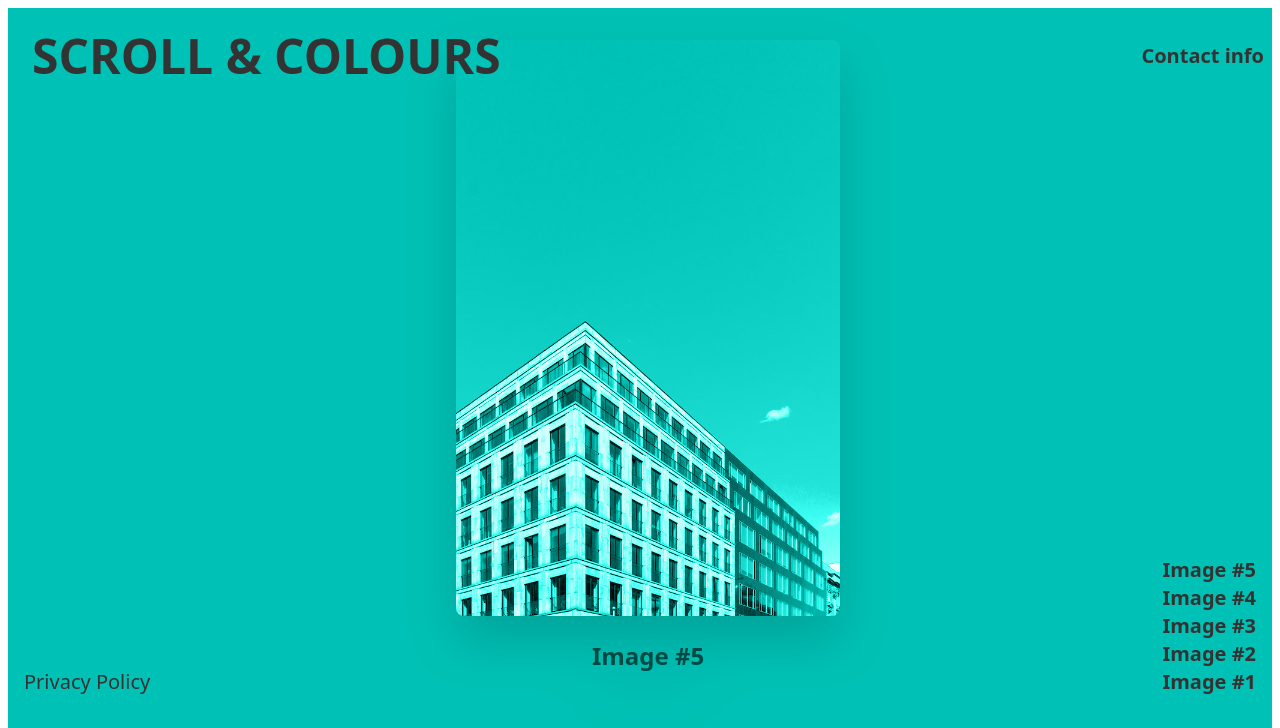
Repository: chelle-c/smooth-scroll-colours
Page: /
The author's editor kept a copy of each file at every save. The page is drawn from the files as they stood at one save, then again after the next save.
The browser window is 1280 px wide. The pictures show the whole page.
An inner scrolling area shows only its first screen. The project was rebuilt for these pictures with package versions that can differ from the ones it lists, and the page was loaded fresh each time. Imported but missing from the stored project, and not drawn on this page: images.

Above is the page before, as saved 2022-09-21 23:27:17.

After the next save:
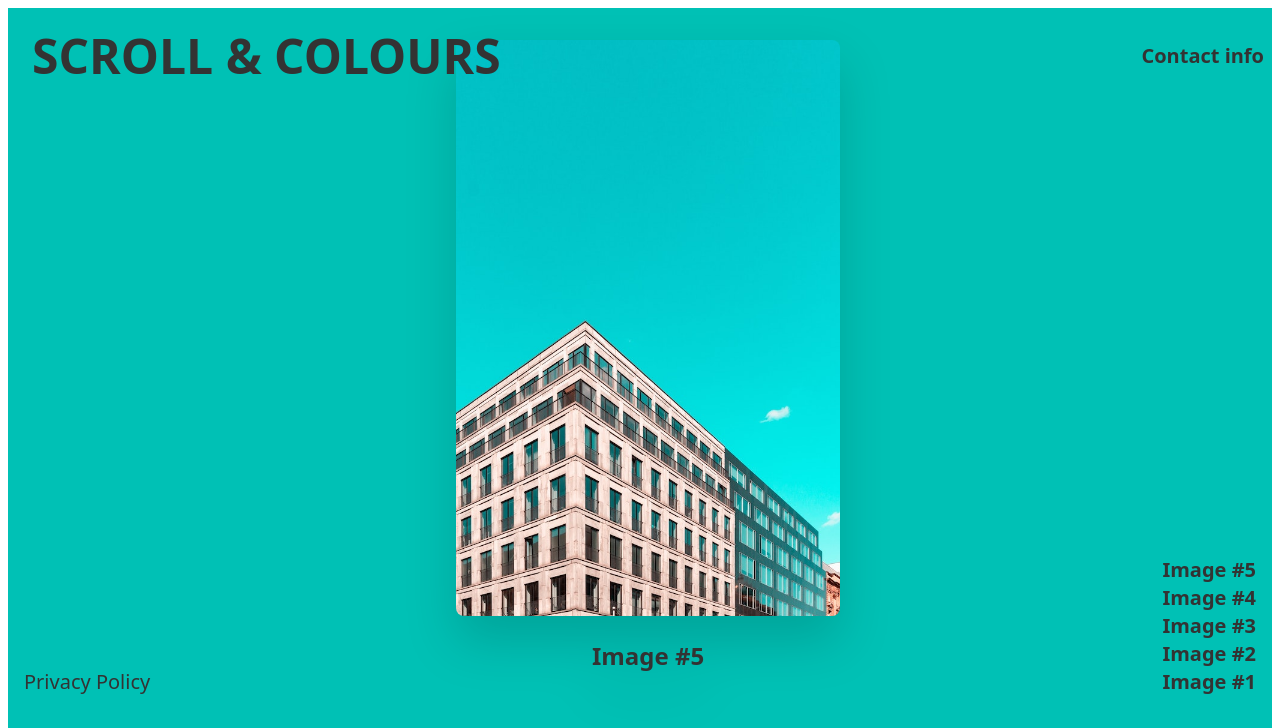
Saved 16 s later.
--- a/src/App.svelte
+++ b/src/App.svelte
@@ -20,7 +20,7 @@
 		class="flex min-w-full min-h-screen justify-center items-center transition-colors snap-always snap-center"
 		id="section5"
 	>
-		<div class="flex flex-col justify-center items-center mix-blend-luminosity drop-shadow-2xl">
+		<div class="flex flex-col justify-center items-center drop-shadow-2xl">
 			<img
 				class="w-96 rounded-lg"
 				src="/images/image-turquoise.jpg"
@@ -34,7 +34,7 @@
 		class="flex min-w-full min-h-screen justify-center items-center transition-colors snap-always snap-center"
 		id="section4"
 	>
-		<div class="flex flex-col justify-center items-center mix-blend-luminosity drop-shadow-2xl">
+		<div class="flex flex-col justify-center items-center drop-shadow-2xl">
 			<img
 				class="w-96 rounded-lg"
 				src="/images/image-orange.jpg"
@@ -48,7 +48,7 @@
 		class="flex min-w-full min-h-screen justify-center items-center transition-colors snap-always snap-center"
 		id="section3"
 	>
-		<div class="flex flex-col justify-center items-center mix-blend-luminosity drop-shadow-2xl">
+		<div class="flex flex-col justify-center items-center drop-shadow-2xl">
 			<img
 				class="w-96 rounded-lg"
 				src="/images/image-yellow.jpg"
@@ -62,7 +62,7 @@
 		class="flex min-w-full min-h-screen justify-center items-center transition-colors snap-always snap-center"
 		id="section2"
 	>
-		<div class="flex flex-col justify-center items-center mix-blend-luminosity drop-shadow-2xl">
+		<div class="flex flex-col justify-center items-center drop-shadow-2xl">
 			<img
 				class="w-96 rounded-lg"
 				src="/images/image-blue.jpg"
@@ -76,7 +76,7 @@
 		class="flex min-w-full min-h-screen justify-center items-center transition-colors snap-always snap-center"
 		id="section1"
 	>
-		<div class="flex flex-col justify-center items-center mix-blend-luminosity drop-shadow-2xl">
+		<div class="flex flex-col justify-center items-center drop-shadow-2xl">
 			<img
 				class="w-96 rounded-lg"
 				src="/images/image-red.jpg"
